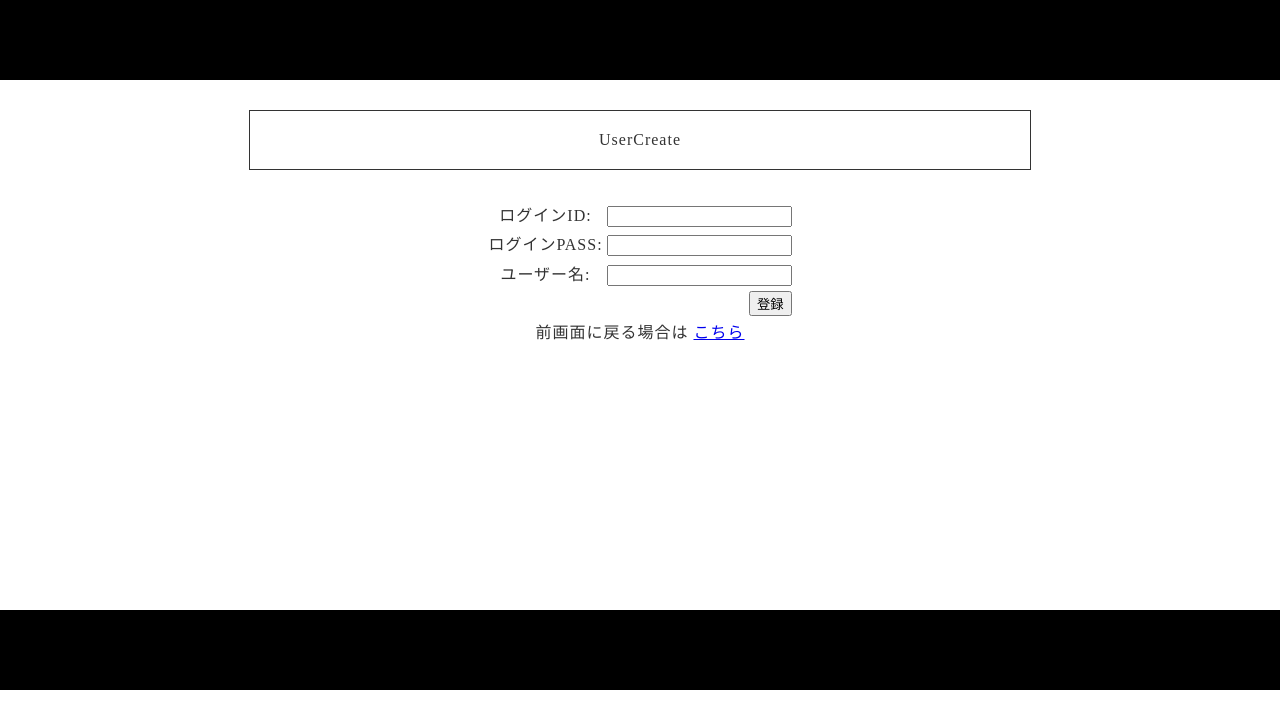
Repository: MasayaOuchi/test
Page: http://localhost/template/userCreate.jsp
These files come from the project's save history. The page is drawn as it stood at one moment and after the next save; the edit follows.
The browser window is 1280 px wide. The pictures show the whole page.
The page is served by Tomcat 9. Other server files are loaded and not shown.

Above is the page before, as saved 2018-10-26 05:40:35.

### template/WebContent/userCreate.jsp
<%@ page language="java" contentType="text/html; charset=UTF-8"
	pageEncoding="UTF-8"%>
<%@ taglib prefix="s" uri="/struts-tags"%>
<!DOCTYPE html>
<html>
<head>
	<meta http-equiv="Content-Type" content="text/html; charset=utf-8" />
	<meta http-equiv="Content-Style-Type" content="text/css" />
	<meta http-equiv="Content-Script-Type" content="text/javascript" />
	<meta http-equiv="imagetoolbar" content="no" />
	<meta name="description" content="" />
	<meta name="keywords" content="" />
	<title>UserCreate画面</title>

	<style type="text/css">
	/* ========TAG LAYOUT======== */
	body {
	margin:0;
	padding:0;
	line-height:1.6;
	letter-spacing:1px;
	font-family:Verdana, Helvetica, sans-serif
	font-size:12px;
	color:#333;
	background:#fff;
	}

	table{
	text-align:center;
	margin:0 auto;
	}
	/* ========ID LAYOUT======== */
	#top{
	width:780px;
	margin:30px auto;
	border:1px solid #333;
	}
	#header{
	width: 100%;
	height: 80px;
	background-color: black;
	}
	#main{
	width:100%;
	height:500px;
	text-align:center;
	}
	#footer{
	width:100%;
	height:80px;
	background-color:black;
	clear:both;
	}
	</style>
	</head>
	<body>
		<div id="header">
			<div id="pr">
			</div>
		</div>
		<div id="main">
			<div id="top">
				<p>UserCreate</p>
			</div>
			<div>
				<s:if test="errorMessage!=''">
					<s:property value="errorMessage" escape="false" />
				</s:if>
				<table>
				<s:form action="UserCreateConfirmAction">
				<tr>
					<td>
						<label>ログインID:</label>
					</td>
					<td>
						<input type="text" name="loginUserId" value="" />
					</td>
				</tr>
				<tr>
					<td>
						<label>ログインPASS:</label>
					</td>
					<td>
						<input type="text" name="loginPassword" value="" />
					</td>
				</tr>
				<tr>
					<td>
						<label>ユーザー名:</label>
					</td>
					<td>
						<input type="text" name="userName" value="" />
					</td>
				</tr>
				<s:submit value="登録"/>
				</s:form>
				</table>
				<div>
					<span>前画面に戻る場合は</span>
					<a href='<s:url action="HomeAction" />'>こちら</a>
				</div>
			</div>
		</div>
		<div id="footer">
			<div id="pr">
			</div>
		</div>
	</body>
	</html>

After the next save:
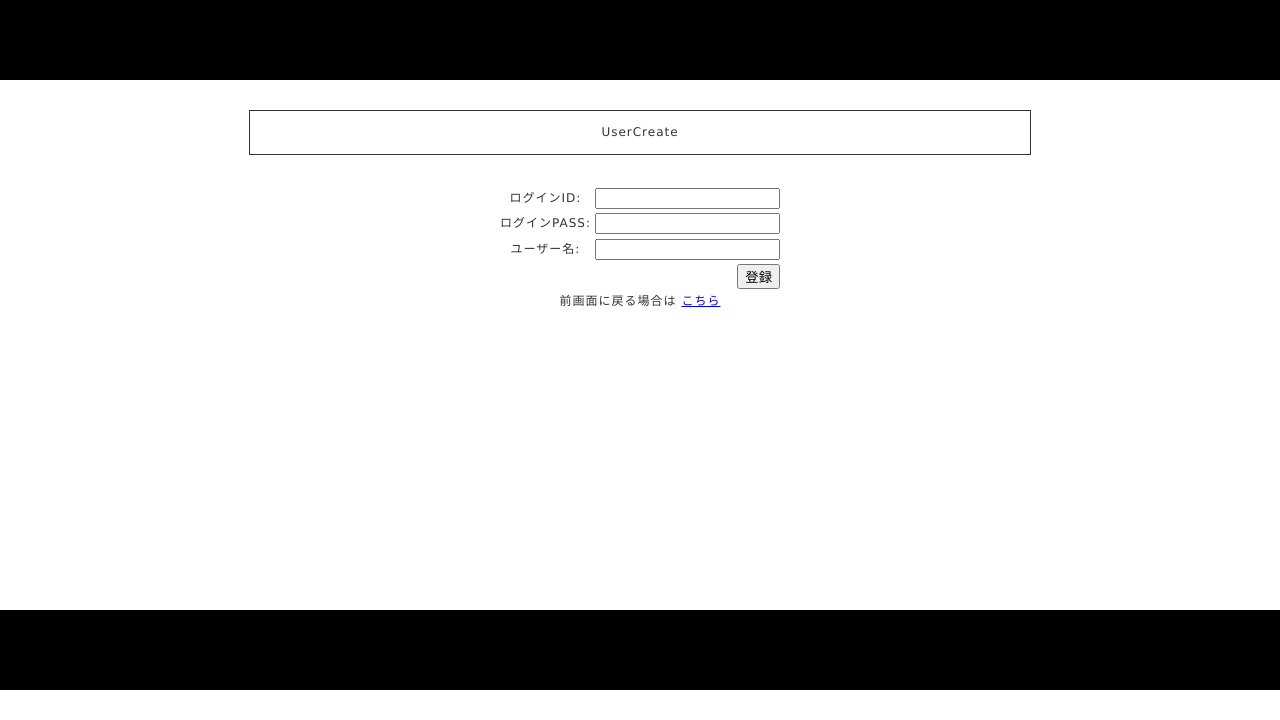
Saved 11 s later.
--- a/template/WebContent/userCreate.jsp
+++ b/template/WebContent/userCreate.jsp
@@ -19,7 +19,7 @@
 	padding:0;
 	line-height:1.6;
 	letter-spacing:1px;
-	font-family:Verdana, Helvetica, sans-serif
+	font-family:Verdana, Helvetica, sans-serif;
 	font-size:12px;
 	color:#333;
 	background:#fff;
